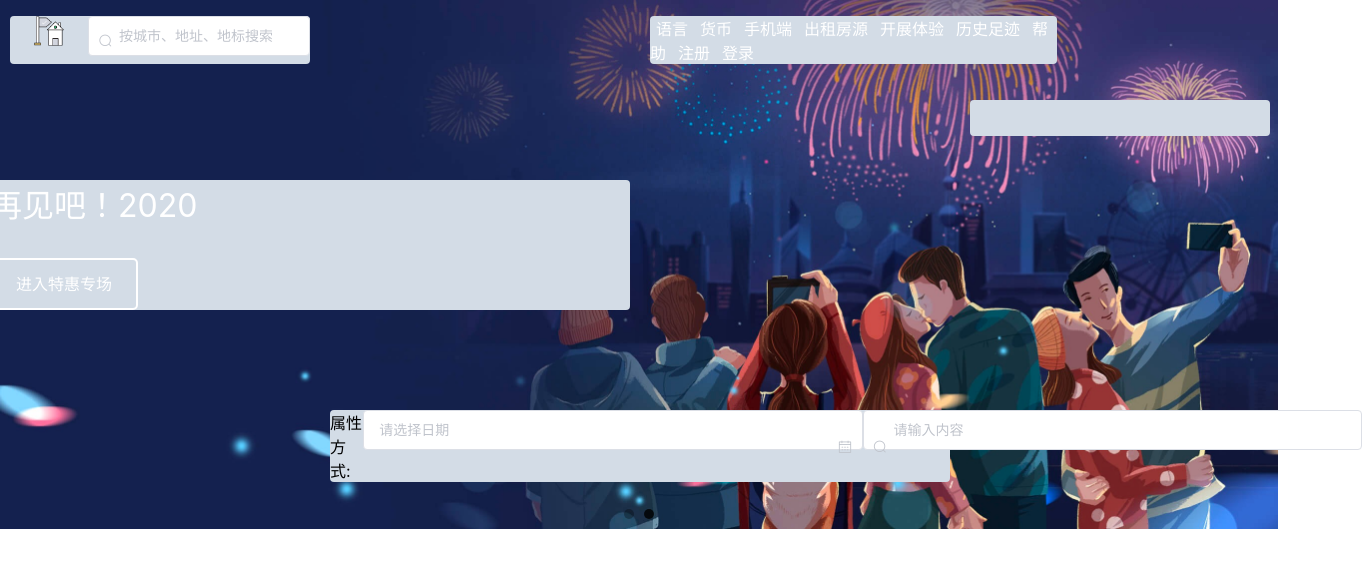
Repository: yz1181214391/my-airbnb
Page: /
An editor plug-in stored every save of this project. The page is shown before and after the next save, followed by the edit.
The browser window is 1280 px wide. The page is 1362 px wide, so the pictures cover 1362 px, including what lies to the right of the window. The pictures show the whole page.
The project was rebuilt for these pictures with package versions that can differ from the ones it lists, and the page was loaded fresh each time. Also part of the build but not shown: src/views/Language.vue, src/views/Currency.vue, src/views/Enter.vue, src/views/Experience.vue, src/views/Help.vue, src/views/History.vue, src/views/Mobile.vue, src/views/Register.vue and 1 more.

Above is the page before, as saved 2020-12-11 10:49:51.

### src/App.vue
<template>
  <div id="app">
    <div class="app-header">
      <Header/>
      <Banner class="banner"/>
    </div>

  </div>

</template>

<script>
import Banner from './components/Banner'
import Header from './components/Header'

export default {
   name: 'app',
  components:{
    Banner,
    Header
  }
}
</script>


<style lang="less">
// #app {
//   font-family: Avenir, Helvetica, Arial, sans-serif;
//   -webkit-font-smoothing: antialiased;
//   -moz-osx-font-smoothing: grayscale;
//   text-align: center;
//   color: #2c3e50;
// }

  html,body {margin: 0;padding: 0;height: 100%;width: 100%;}
  a {text-decoration: none;}
  body,div,dl,dt,dd,ul,ol,li,h1,h2,h3,h4,h5,h6,pre,form,fieldset,input,textarea,p,blockquote,th,td {margin: 0;padding: 0;}
  table {border-collapse: collapse;border-spacing: 0;}
  fieldset,img {border: 0;}
  address,caption,cite,code,dfn,em,strong,th,var {font-style: normal;font-weight: normal;}
  ol,ul {list-style: none;}
  caption,th {text-align: left;}
  h1,h2,h3,h4,h5,h6 {font-size: 100%;font-weight: normal;}
  q:before,q:after {content: '';}
  abbr,acronym {border: 0;}
  body{
      font-family: "Chinese Quote", -apple-system, BlinkMacSystemFont, "Segoe UI", "PingFang SC", "Hiragino Sans GB", "Microsoft YaHei", "Helvetica Neue", Helvetica, Arial, sans-serif, "Apple Color Emoji", "Segoe UI Emoji", "Segoe UI Symbol";
  }

  .banner{
    position: absolute;
    left: 0;
    top: 0;
    z-index: -1;
  }
</style>

### src/router/index.js
import Vue from 'vue'
import VueRouter from 'vue-router'

import Language from '../views/Language.vue'
import Currency from '../views/Currency.vue'
import Enter from '../views/Enter.vue'
import Experience from '../views/Experience.vue'
import Help from '../views/Help.vue'
import History from '../views/History.vue'
import Mobile from '../views/Mobile.vue'
import Register from '../views/Register.vue'
import Room from '../views/Room.vue'



Vue.use(VueRouter)

const routes = [
  // {
  //   path: '/',
  //   name: 'Language',
  //   component: Language
  // },
  // {
  //   path: '/Currency',
  //   name: 'Currency',
  //   // route level code-splitting
  //   // this generates a separate chunk (about.[hash].js) for this route
  //   // which is lazy-loaded when the route is visited.
  //   component: () => import(/* webpackChunkName: "about" */ '../views/Currency.vue')
  // }
  { path : '/Language', component : Language},
  { path : '/Currency', component : Currency},
  { path : '/Enter', component : Enter},
  { path : '/Experience', component : Experience},
  { path : '/Help', component : Help},
  { path : '/History', component : History},
  { path : '/Mobile', component : Mobile},
  { path : '/Register', component : Register},
  { path : '/Room', component : Room},
]

const router = new VueRouter({
  mode: 'history',
  base: process.env.BASE_URL,
  routes
})

export default router

### src/components/Banner.vue
<template>
  <div class="banner-box">
      <div class="banner">
          <img v-for="(v,i) in img " :key="i" :src="v" v-show="i==n" alt="">
          <div class="banner-circle">
              <ul>
                 <li v-for="(v,i) in img" :key="i" :class="i==n ? 'selected' : ''"></li>
              </ul>
          </div>
      </div>
  </div>
</template>

<script>
export default {
  data (){
      return{
          n:0,
          img:[
              require("../assets/img/banner1.jpg"),
              require("../assets/img/banner2.jpeg")
          ]
      }
  },
  methods : {
      fun:function(){
          setInterval(this.play,5000)
      },
      play:function(){
          this.n++;
          if(this.n == this.img.length){
              this.n = 0
          }
      }
  },
  mounted:function(){
          this.fun()
      }
}
</script>
<style>
    .banner-box{
      width: 100%;
      height: 529px;
    }
    ul{
        list-style-type: none;
    }
    .banner{
        position: relative;
    }
    .banner .banner-circle{
        position: absolute;
        bottom: 5px;
        left: 0;
        right: 0;
        color: #ffffff;
    }
    .banner .banner-circle li{
        display: inline-block;
        background: rgba(0,0,0,0.3);
        border-radius: 50%;
        padding: 5px;
        margin: 5px;
    }
    .banner .banner-circle ul{
        text-align: center;
    }
    .banner .banner-circle .selected{
        background: rgba(0,0,0,0.8);
    }
    .banner img{
        width: 100%;
        height: 529px;
        margin: 0;
        padding: 0;
    }
</style>

### src/components/Header.vue
<template>
    <div class="airbnb-box">
      <el-row :gutter="20">
        <el-col :span="6">
          <div class="grid-content bg-purple" style="display:flex">
            <a href="###"><img class="logo" src="../assets/img/012-zhandian.png" alt=""></a>
            <el-input v-model="input" style="width: 460px;height: 48px;" prefix-icon='el-icon-search' placeholder="按城市、地址、地标搜索"></el-input>
          </div>
        </el-col>
        <el-col :span="8" :offset="6">
          <div class="grid-content bg-purple nav-box">
            <router-link to="/Language">语言</router-link>
            <router-link to="/Currency">货币</router-link>
            <router-link to="/Mobile">手机端</router-link>
            <router-link to="/Room">出租房源</router-link>
            <router-link to="/Experience">开展体验</router-link>
            <router-link to="/History">历史足迹</router-link>
            <router-link to="/Help">帮助</router-link>
            <router-link to="/Register">注册</router-link>
            <router-link to="/Enter">登录</router-link>
          </div>
        </el-col>
      </el-row>
      <el-row :gutter="20">
        <el-col :span="6" :offset="6">
          <div class="grid-content bg-purple" style="margin:80px 0; margin-left:-340px">
            <h1 style="font-size:32px;color:#fff">再见吧！2020</h1>
            <div class="preferential-btn">进入特惠专场</div>
          </div>
        </el-col>
        <el-col :span="6" :offset="6"><div class="grid-content bg-purple"></div></el-col>
      </el-row>
      <el-row :gutter="20">
        <el-col :span="12" :offset="6" >
          <div class="grid-content bg-purple">
            <div class="demo-input-suffix" style="display:flex;width:1032px;height:72px;">
              属性方式:
              <el-input
                placeholder="请选择日期"
                suffix-icon="el-icon-date"
                v-model="input2">
              </el-input>
              <el-input
                placeholder="请输入内容"
                prefix-icon="el-icon-search"
                v-model="input21">
              </el-input>
            </div>
          </div>
        </el-col>
      </el-row>
    </div>
</template>

<script>
// import Banner from './components/Banner'
export default {
    data(){
      return {
        input:'',
        input2:'',
        input21:'',
      }
    }
  // components:{
  //   Banner
  // }
}
</script>


<style lang="less">

.airbnb-box{
    width: 100%;
    height: 529px;

    // background-color: #cccccc;
  }

.el-row {
    margin-bottom: 20px;
    margin-left: 0 !important;
    margin-right: 0 !important;
    display: flex;
    &:first-child{

      align-items: center;
      width: 100%;
      height: 80px;
      // background-color: #99a9bf;
    }
    &:last-child {
      margin-bottom: 0;
    }
  }
  .el-col {
    border-radius: 4px;
  }
  .bg-purple-dark {
    background: #99a9bf;
  }
  .bg-purple {
    background: #d3dce6;
  }
  .bg-purple-light {
    background: #e5e9f2;
  }
  .grid-content {
    border-radius: 4px;
    min-height: 36px;
  }
  .row-bg {
    padding: 10px 0;
    background-color: #f9fafc;
  }


.logo{
  width: 30px;
  height: 30px;
  margin: 0 24px;
}
.preferential-btn{
  width:144px;
  height:48px;
  border:2px solid #ffff;
  border-radius:5px;
  text-align: center;
  line-height: 48px;
  color:#fff;
  margin: 32px 0;
}
.nav-box > a{
  margin: 0 6px;
  color: #fff;
}
</style>

Loaded but not shown: public/index.html (common file); src/main.js (common file); src/store/index.js (common file)

After the next save:
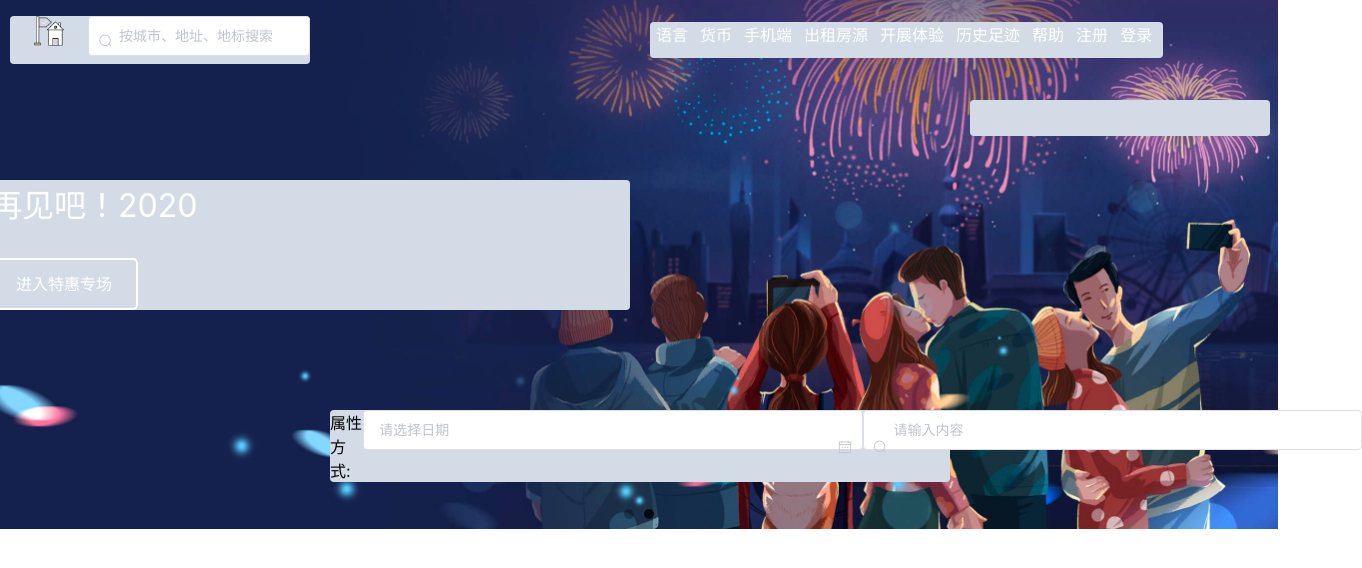
Saved 17 s later.
--- a/src/components/Header.vue
+++ b/src/components/Header.vue
@@ -7,7 +7,7 @@
             <el-input v-model="input" style="width: 460px;height: 48px;" prefix-icon='el-icon-search' placeholder="按城市、地址、地标搜索"></el-input>
           </div>
         </el-col>
-        <el-col :span="8" :offset="6">
+        <el-col :span="10" :offset="6">
           <div class="grid-content bg-purple nav-box">
             <router-link to="/Language">语言</router-link>
             <router-link to="/Currency">货币</router-link>
